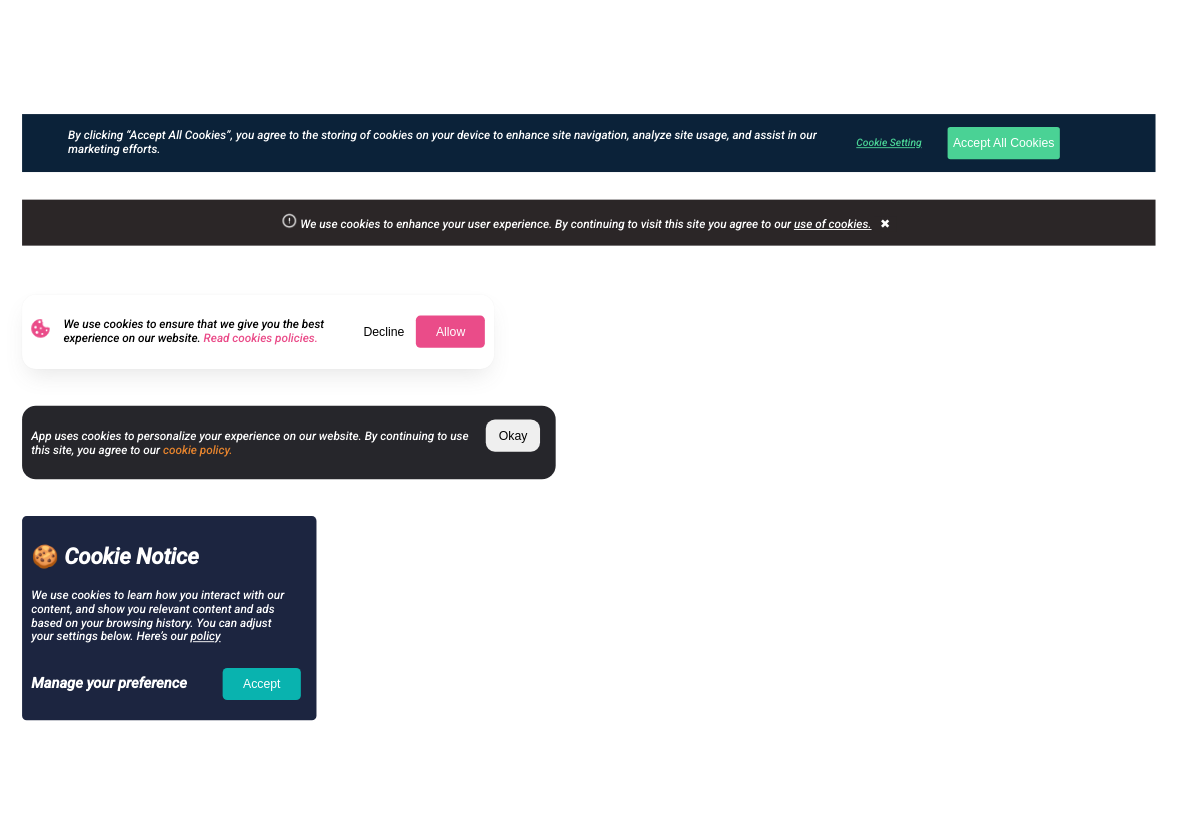
Repository: batonAnton/cursor_cookies_lectr3
Page: index.html
The author's editor kept a copy of each file at every save. The page is drawn from the files as they stood at one save, then again after the next save.
The browser window is 1280 px wide. The pictures show the whole page, at 92% of full size.

Above is the page before, as saved 2022-06-01 14:16:11.

### index.html
<!DOCTYPE html>
<html lang="en">
<head>
    <meta charset="UTF-8">
    <meta http-equiv="X-UA-Compatible" content="IE=edge">
    <meta name="viewport" content="width=device-width, initial-scale=1.0">
    <link rel="preconnect" href="https://fonts.googleapis.com">
    <link rel="preconnect" href="https://fonts.gstatic.com" crossorigin>
    <link href="https://fonts.googleapis.com/css2?family=Roboto:ital,wght@1,500&display=swap" rel="stylesheet">
    <link rel="stylesheet" href="/css/style.css">
    <title>Cookie Banner</title>
</head>
<body>
    <div class="container">
        <div class="banner_1">
            <p>By clicking “Accept All Cookies”, you agree to the storing of cookies on your device to enhance site navigation, analyze site usage, and assist in our <br> marketing efforts.</p>
            <a href="#">cookie setting</a>
            <button>accept all cookies</button>
        </div>

        <div class="banner_2">
            <p> <img src="/images/exclamation mark.png" alt="mark"> We use cookies to enhance your user experience. By continuing to visit this site you agree to our <span class="under_span">use of cookies.</span>
                <button><span>&#10006</span></button>
            </div></p>
        </div>

        <div class="banner_3">
            <img src="/images/pink_cookies.png" alt="img cookies">
            <p>We use cookies to ensure that we give you the best <br> experience on our website. <a href="#">Read cookies policies.</a> </p>
            <button class="false_btn">decline</button>
            <button class="true_btn">allow</button>
        </div>

        <div class="banner_4">
            <p>App uses cookies to personalize your experience on our website. By continuing to use <br> this site, you agree to our  <a href="#">cookie policy.</a></p>
            <button>okay</button>
        </div>

        <div class="banner_5">
            <h2>🍪 Cookie Notice</h2>
            <p>We use cookies to learn how you interact with our <br> content, and show you relevant content and ads <br> based on your browsing history. You can adjust <br> your settings below. Here’s our <a href="#">policy</a></p>
            <h4>Manage your preference </h4>
            <button>accept</button>
        </div>

    </div>
</body>
</html>

### css/style.css
body {
  margin: 124px 24px;
  font-family: "Roboto", sans-serif;
}
p {
  font-size: 0.8rem;
}

.banner_1 {
  width: 100%;
  display: inline-flex;
  background-color: #0b2239;
}

.banner_1 p {
  color: #ffffff;
  margin: 15px 15px 15px 50px;
}

.banner_1 a {
  color: #4ad295;
  margin: 25px 28px;
  font-size: 0.7rem;
  text-transform: capitalize;
}

.banner_1 button {
  color: #ffffff;
  background-color: #4ad295;
  margin: 14px 50px 0px 0px;
  height: 35px;
  text-transform: capitalize;
  border-radius: 3px;
  border: none;
  cursor: pointer;
}

.banner_2 {
  width: 100%;
  margin-top: 30px;
  background-color: #2b2627;
  display: inline-flex;
}

.banner_2 p {
  color: #ffffff;
  margin: 15px auto;
}

.banner_2 button {
  border: none;
  color: #ffffff;
  background-color: #2b2627;
}

.under_span {
  text-decoration: underline;
}

.banner_3 {
  display: inline-flex;
  margin-top: 40px;
  margin-bottom: 40px;
  border-radius: 15px;
  padding: 10px;
  background: #ffffff;
  box-shadow: 0px 12px 24px -6px rgba(96, 96, 96, 0.15),
    0px 0px 1px rgba(96, 96, 96, 0.1);
}

.banner_3 p {
  margin: 15px;
}

.banner_3 img {
  height: 20px;
  margin-top: 17px;
}

.banner_3 a {
  color: #ea4c89;
  text-decoration: none;
}

.false_btn {
  background-color: white;
  border: none;
  text-transform: capitalize;
  margin: 13px 0 13px 15px;
  height: 35px;
  width: 70px;
  cursor: pointer;
}

.true_btn {
  background-color: #ea4c89;
  border: none;
  border-radius: 5px;
  text-transform: capitalize;
  margin: 13px 0 13px 0px;
  height: 35px;
  width: 75px;
  color: #ffffff;
  cursor: pointer;
}

.banner_4 {
  background-color: #26262b;
  color: #ffffff;
  border-radius: 15px;
  padding: 10px;
  display: block;
  width: 560px;
  margin-bottom: 40px;
}

.banner_4 p {
  margin: 15px auto;
  display: inline-flex;
}

.banner_4 a {
  display: contents;
  color: #e6842e;
}

.banner_4 button {
  margin-left: 15px;
  border-radius: 10px;
  width: 59px;
  height: 35px;
  text-transform: capitalize;
  border: none;
}

.banner_5 {
  width: 300px;
  background-color: #1c2540;
  color: #ffffff;
  padding: 10px;
  border-radius: 5px;
}

.banner_5 a {
  color: #ffffff;
}

h4 {
  display: inline-flex;
}

.banner_5 button {
  background-color: #09b3af;
  border-radius: 5px;
  border: none;
  margin-left: 35px;
  text-transform: capitalize;
  height: 35px;
  width: 85px;
  color: #ffffff;
}

After the next save:
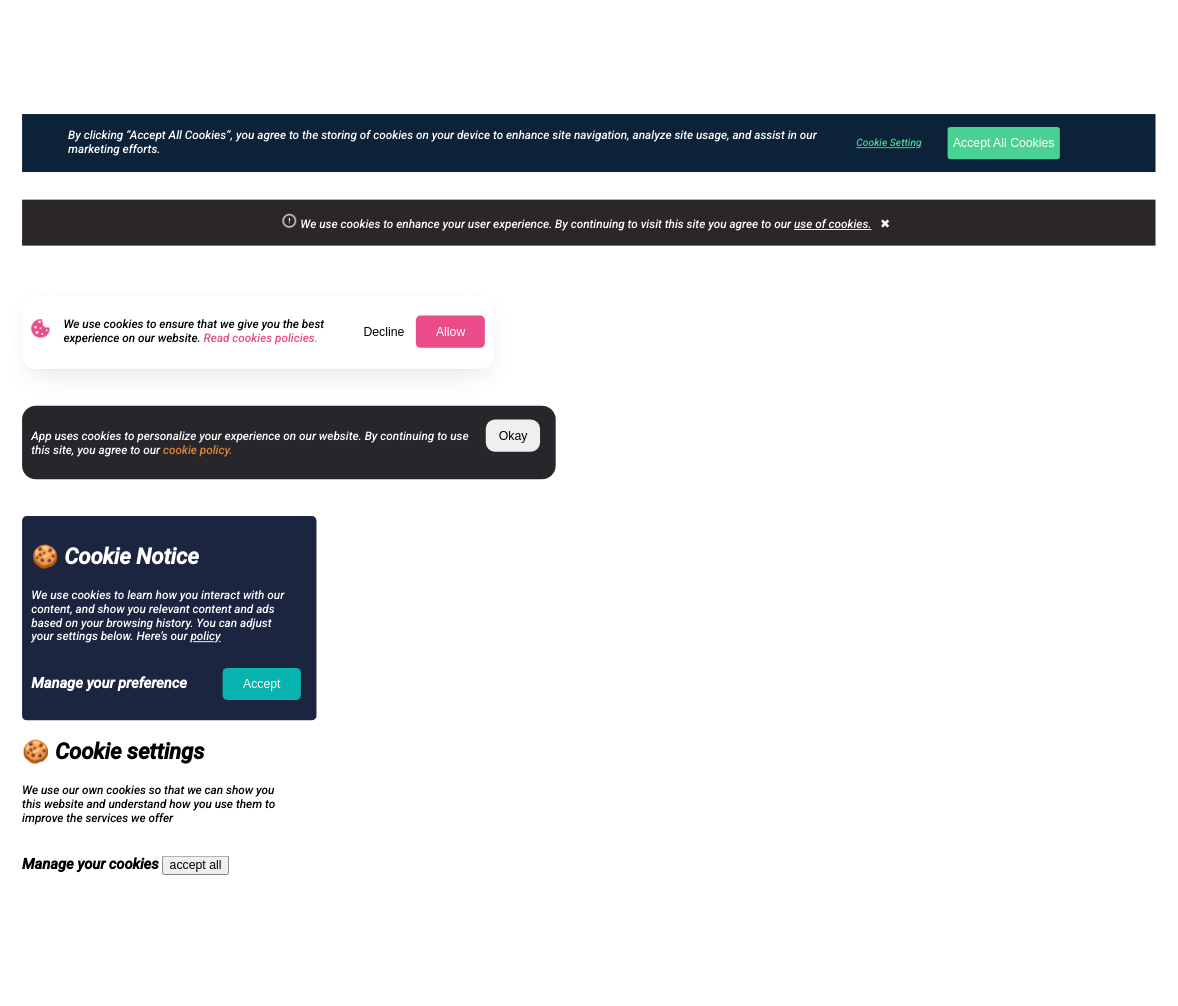
Saved 5 min 4 s later.
--- a/index.html
+++ b/index.html
@@ -43,6 +43,12 @@
             <button>accept</button>
         </div>
 
+        <div class="banner_6">
+            <h2>🍪 Cookie settings</h2>
+            <p>We use our own cookies so that we can show you <br> this website and understand how you use them to <br> improve the services we offer</p>
+            <h4>Manage your cookies </h4>
+            <button>accept all</button>
+        </div>
     </div>
 </body>
 </html>
